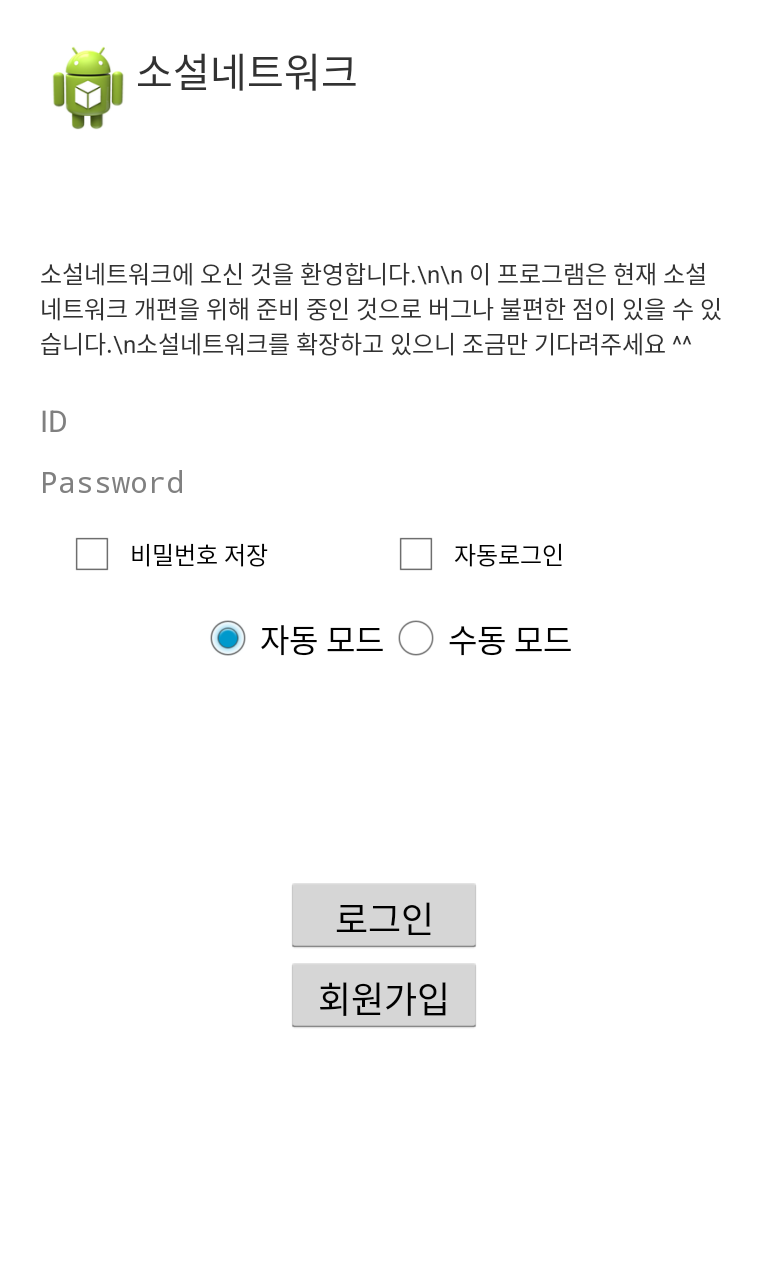
Repository: yjaeseok/gnssm_android_codelab
Layout: source/Day2-View/res/layout/test.xml
These files come from the project's save history. The layout is drawn as it stood at one moment and after the next save; the edit follows.
It is drawn on a 768 x 1280 px phone screen (xhdpi) without system bars, with theme AppTheme; the app's code is not run.

Above is the layout before, as saved 2014-04-01 16:19:46.

### source/Day2-View/res/layout/test.xml
<?xml version="1.0" encoding="utf-8"?>
<LinearLayout xmlns:android="http://schemas.android.com/apk/res/android"
    android:layout_width="match_parent"
    android:layout_height="match_parent"
    android:background="@android:color/white"
    android:focusable="true"
    android:focusableInTouchMode="true"
    android:gravity="center"
    android:orientation="vertical"
    android:padding="20dp" >

    <LinearLayout
        android:layout_width="match_parent"
        android:layout_height="180dp"
        android:orientation="vertical"
        android:paddingBottom="20dp" >

        <LinearLayout
            android:layout_width="match_parent"
            android:layout_height="wrap_content" >

            <ImageView
                android:layout_width="wrap_content"
                android:layout_height="wrap_content"
                android:src="@drawable/ic_launcher" />

            <TextView
                android:layout_width="wrap_content"
                android:layout_height="wrap_content"
                android:text="소설네트워크"
                android:textSize="20dp" >
            </TextView>
        </LinearLayout>

        <TextView
            android:layout_width="match_parent"
            android:layout_height="match_parent"
            android:gravity="bottom"
            android:text="소설네트워크에 오신 것을 환영합니다.\n\n 이 프로그램은 현재 소설네트워크 개편을 위해 준비 중인 것으로 버그나 불편한 점이 있을 수 있습니다.\n소설네트워크를 확장하고 있으니 조금만 기다려주세요 ^^"
            android:textSize="12dp" />
    </LinearLayout>

    <EditText
        android:id="@+id/edit_id"
        android:layout_width="fill_parent"
        android:layout_height="wrap_content"
        android:background="@android:color/white"
        android:hint="ID"
        android:singleLine="true"
        android:textSize="15dp" />

    <LinearLayout
        android:layout_width="fill_parent"
        android:layout_height="10dp" />

    <EditText
        android:id="@+id/edit_password"
        android:layout_width="fill_parent"
        android:layout_height="wrap_content"
        android:background="@android:color/white"
        android:hint="Password"
        android:inputType="textPassword"
        android:singleLine="true"
        android:textSize="15dp" />

    <LinearLayout
        android:layout_width="fill_parent"
        android:layout_height="wrap_content"
        android:gravity="center"
        android:orientation="horizontal"
        android:padding="10dp" >

        <CheckBox
            android:id="@+id/chk_save_password"
            android:layout_width="0dp"
            android:layout_height="wrap_content"
            android:layout_weight="1"
            android:text=" 비밀번호 저장"
            android:textSize="12dp" />

        <CheckBox
            android:id="@+id/chk_auto_login"
            android:layout_width="0dp"
            android:layout_height="wrap_content"
            android:layout_weight="1"
            android:text=" 자동로그인"
            android:textSize="12dp" />
    </LinearLayout>

    <RadioGroup
        android:layout_width="wrap_content"
        android:layout_height="wrap_content"
        android:orientation="horizontal" >

        <RadioButton
            android:layout_width="wrap_content"
            android:layout_height="wrap_content"
            android:checked="true"
            android:text="자동 모드" />

        <RadioButton
            android:layout_width="wrap_content"
            android:layout_height="wrap_content"
            android:text="수동 모드" />
    </RadioGroup>

    <LinearLayout
        android:layout_width="fill_parent"
        android:layout_height="fill_parent"
        android:gravity="center"
        android:orientation="vertical"
        android:padding="10dp" >

        <Button
            android:id="@+id/btn_login"
            android:layout_width="wrap_content"
            android:layout_height="40dp"
            android:gravity="center"
            android:minWidth="100dp"
            android:text="로그인" />

        <Button
            android:id="@+id/btn_join"
            android:layout_width="wrap_content"
            android:layout_height="40dp"
            android:gravity="center"
            android:minWidth="100dp"
            android:text="회원가입" />
    </LinearLayout>

</LinearLayout>

Loaded but not shown: source/Day2-View/res/values/styles.xml (common file); source/Day2-View/res/values-v11/styles.xml (common file); source/Day2-View/res/values-v14/styles.xml (common file)

After the next save:
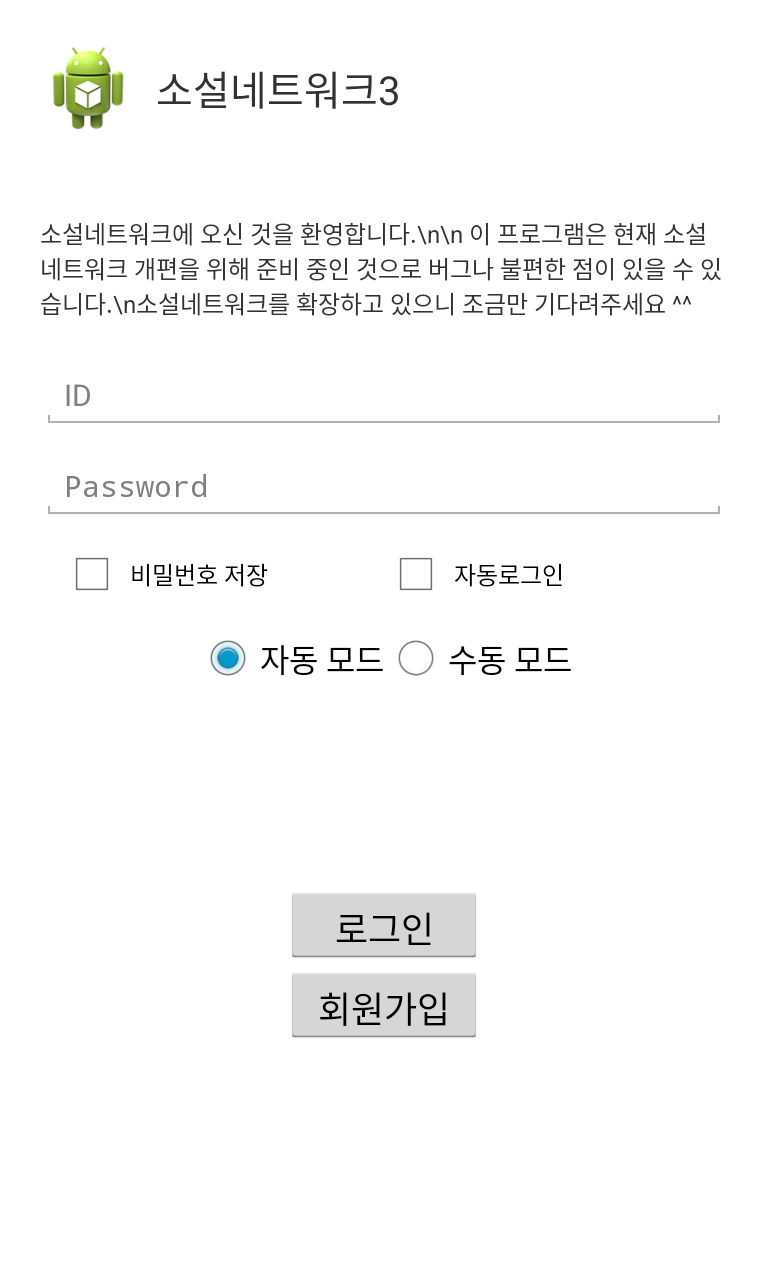
Saved 4 s later.
--- a/source/Day2-View/res/layout/test.xml
+++ b/source/Day2-View/res/layout/test.xml
@@ -11,7 +11,7 @@
 
     <LinearLayout
         android:layout_width="match_parent"
-        android:layout_height="180dp"
+        android:layout_height="160dp"
         android:orientation="vertical"
         android:paddingBottom="20dp" >
 
@@ -26,8 +26,9 @@
 
             <TextView
                 android:layout_width="wrap_content"
-                android:layout_height="wrap_content"
-                android:text="소설네트워크"
+                android:layout_height="match_parent"
+                android:gravity="center_vertical"
+                android:text="  소설네트워크3"
                 android:textSize="20dp" >
             </TextView>
         </LinearLayout>
@@ -44,7 +45,6 @@
         android:id="@+id/edit_id"
         android:layout_width="fill_parent"
         android:layout_height="wrap_content"
-        android:background="@android:color/white"
         android:hint="ID"
         android:singleLine="true"
         android:textSize="15dp" />
@@ -57,7 +57,6 @@
         android:id="@+id/edit_password"
         android:layout_width="fill_parent"
         android:layout_height="wrap_content"
-        android:background="@android:color/white"
         android:hint="Password"
         android:inputType="textPassword"
         android:singleLine="true"
